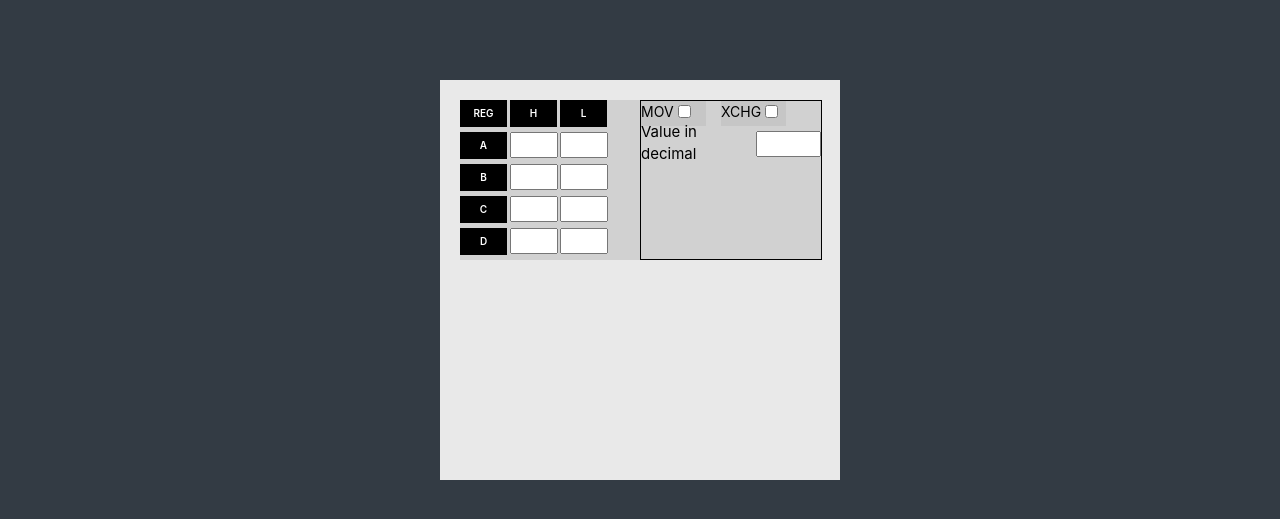
Repository: piookr-wsei/8086
Page: /
The author's editor kept a copy of each file at every save. The page is drawn from the files as they stood at one save, then again after the next save.
The browser window is 1280 px wide. The pictures show the whole page.
The project was rebuilt for these pictures with package versions that can differ from the ones it lists, and the page was loaded fresh each time.

Above is the page before, as saved 2022-06-18 21:23:06.

### src/App.js
import React from 'react';
import { useState } from 'react';
import './App.css';
import { RegDesc, RegInput, RegWrapper, UiWindow, UiWrapper, SettingsWrapper, Labels, CheckWrapper, OpBox, LineWrap, NumDesc } from './Components/Components.elements';


function App() {

  const xchg="xchg";
  const mov="mov"

  const [movChecked, setMovChecked] = useState(false);

  const [xchgChecked, setXchgChecked] = useState(false);

  const [opChosen,setOpChosen] = useState(null)

  function HandleCheck(name){
    if(name=="mov"){
      setMovChecked(!movChecked)
      setXchgChecked(false)
    }
    else if(name=="xchg"){
      setXchgChecked(!xchgChecked)
      setMovChecked(false)

    }
    setOpChosen(name)
  }

function OpChange(){
  return(
    <>
    <Labels>
      <CheckWrapper>
        MOV
        <OpBox type="checkbox"  checked={movChecked} onClick={() => HandleCheck(mov)} id="MOV"/>
      </CheckWrapper>
      <CheckWrapper>
        XCHG
        <OpBox type="checkbox" checked={xchgChecked} onChange={() => HandleCheck(xchg)} id="XCHG" name="XCHG"/>
      </CheckWrapper>
    </Labels>
    </>
    )
  }







  return (
    <div className="App">
      <UiWindow>
        <UiWrapper>
          <RegWrapper>
            <RegDesc textContent={"REG"}/>  <RegDesc textContent={"H"}/>  <RegDesc textContent={"L"}/>

            <RegDesc textContent={"A"}/>  <RegInput maxLength={2}/> <RegInput maxLength={2}/>
            <RegDesc textContent={"B"}/>  <RegInput maxLength={2}/> <RegInput maxLength={2}/>
            <RegDesc textContent={"C"} />  <RegInput maxLength={2}/> <RegInput maxLength={2}/>
            <RegDesc textContent={"D"}/>  <RegInput maxLength={2}/> <RegInput maxLength={2}/>
          </RegWrapper>

          <SettingsWrapper>

              <OpChange/>

              <LineWrap>
              <NumDesc textContent={"Value in decimal"}/>  <RegInput maxLength={2} style={{width:"57px"}}/>
              </LineWrap>
          </SettingsWrapper>



        </UiWrapper>
      </UiWindow>

    </div>
  );
}

export default App;

### src/App.css
body{
  height: 100%;
  background: rgba(1, 10, 22, 0.8);
}
.App {

}

.App-logo {
  height: 40vmin;
  pointer-events: none;
}

@media (prefers-reduced-motion: no-preference) {
  .App-logo {
    animation: App-logo-spin infinite 20s linear;
  }
}

.App-header {
  background-color: #282c34;
  min-height: 100vh;
  display: flex;
  flex-direction: column;
  align-items: center;
  justify-content: center;
  font-size: calc(10px + 2vmin);
  color: white;
}

.App-link {
  color: #61dafb;
}

@keyframes App-logo-spin {
  from {
    transform: rotate(0deg);
  }
  to {
    transform: rotate(360deg);
  }
}

### src/Components/Components.elements.js
import styled from "styled-components";

export const UiWindow = styled.div`
    height: 400px;
    width: 400px;
    background: rgb(233,233,233);
    position: relative;
    margin: auto;
    top: 80px;
`

export const UiWrapper = styled.div`
    border: 20px solid transparent;
    display: grid;
    grid-template-columns: 1fr 1fr;
`

export const RegWrapper = styled.div`
    width: 180px;
    background: rgba(0,0,0,0.1);
    position: relative;
    left: 0;
    display: grid;
    grid-template-columns: 50px 50px 50px;
`

export const RegInput = styled.input`
    height: 20px;
    width: 40px;
    margin-bottom:5px;
    text-align: center;
`

export const SettingsWrapper = styled.div`
    width: 180px;
    background: rgba(0,0,0,0.1);
    position: relative;
    right: 0;
    display: grid;
    grid-template-columns: 180px;
    border: solid 1px black;
    font-size: 14px;
    line-height: 22px;
    grid-template-rows: repeat(auto-fit,30px);

`

export const RegDescSC = styled.div`
    height: 27px;
    width: 47px;
    background: black;
    margin-bottom:5px;
    color: white;
    font-weight: 600;
`

export const DescText = styled.p`
    font-size: 10px;
    text-align: center;
    position: relative;
    top: -3px;
`

export function RegDesc(props){
    return(
        <RegDescSC>
            <DescText>{props.textContent}</DescText>
        </RegDescSC>
    )
}

export const Labels = styled.div`
    display: grid;
    grid-template-columns: 80px 80px;
`

export const CheckWrapper = styled.div`
    background: rgba(0,0,0,0.05);
    width: 65px;
    height: 25px;
`

export const OpBox = styled.input`
    vertical-align: "middle";
    position: relative;
    top: 1px;
`

export const LineWrap = styled.div`
    width: 180px;
    display: flex;
    align-items: center;
`

export const NumSC = styled.div`
    width: 120px;
    text-align: left !important;
`

export function NumDesc(props){
    return(
        <NumSC>
            <DescText style={{textAlign: "left", fontSize:"15px"}}>{props.textContent}</DescText>
        </NumSC>
    )
}

Loaded but not shown: public/index.html (common file); src/index.js (common file); src/index.css (common file); src/reportWebVitals.js (common file)

After the next save:
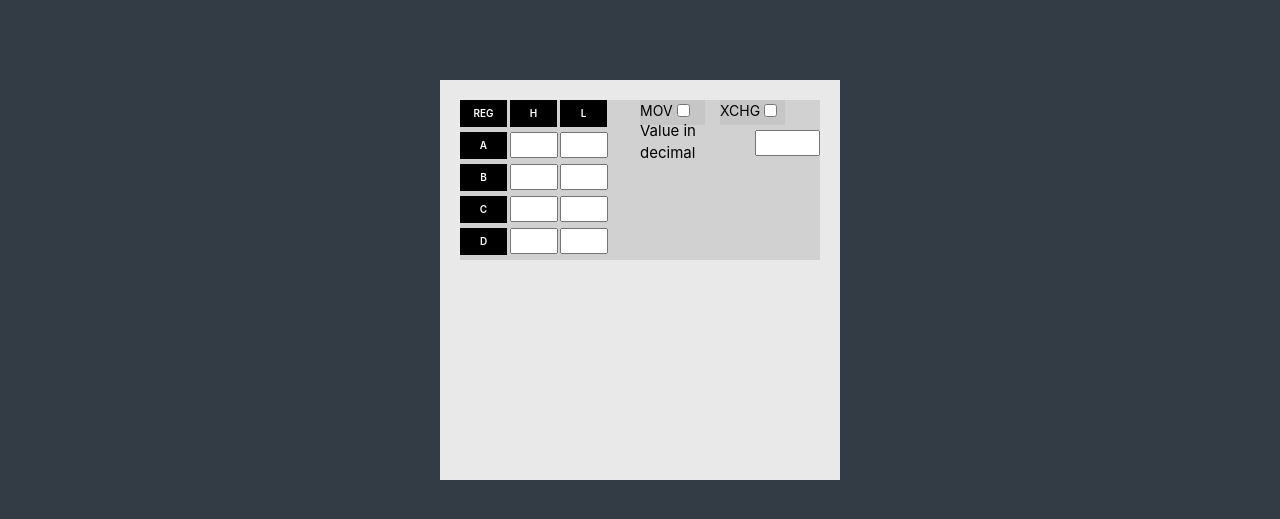
Saved 17 s later.
--- a/src/Components/Components.elements.js
+++ b/src/Components/Components.elements.js
@@ -38,7 +38,7 @@
     right: 0;
     display: grid;
     grid-template-columns: 180px;
-    border: solid 1px black;
+
     font-size: 14px;
     line-height: 22px;
     grid-template-rows: repeat(auto-fit,30px);

After the save that followed:
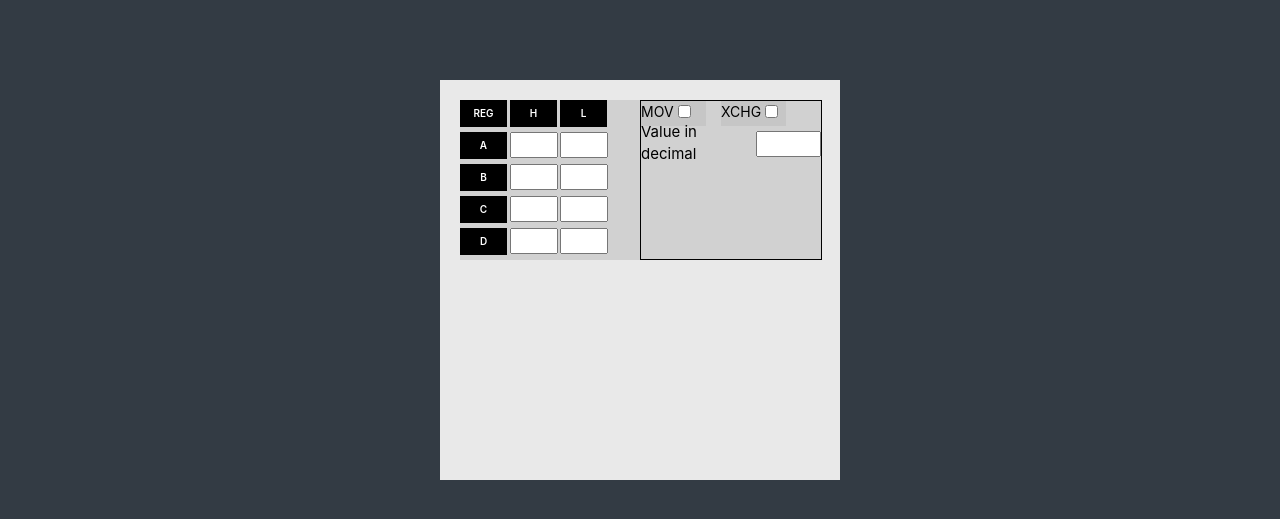
Saved 11 s later.
--- a/src/Components/Components.elements.js
+++ b/src/Components/Components.elements.js
@@ -38,7 +38,7 @@
     right: 0;
     display: grid;
     grid-template-columns: 180px;
-
+    border: solid 1px black;
     font-size: 14px;
     line-height: 22px;
     grid-template-rows: repeat(auto-fit,30px);
